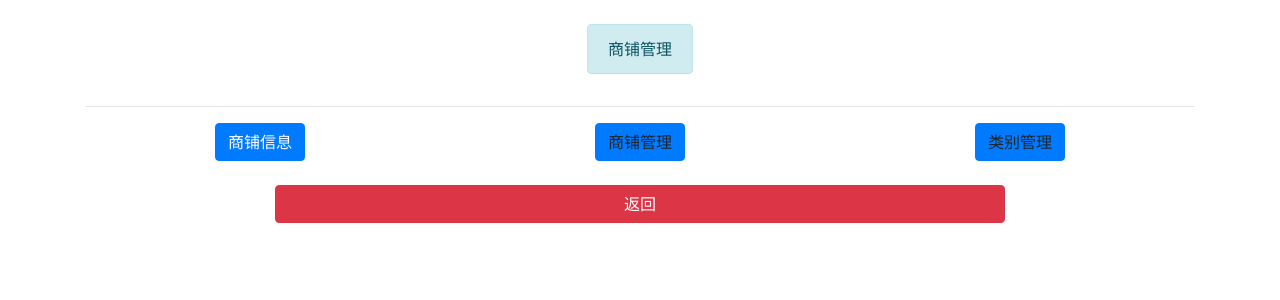
Repository: marveloussj/first_project
Page: o2o/src/main/webapp/WEB-INF/html/shop/shopmanage.html
These files come from the project's save history. The page is drawn as it stood at one moment and after the next save; the edit follows.
The browser window is 1280 px wide. The pictures show the whole page.
The page's requests for data from a server got no answer. Some web libraries are served in a nearby version.

Above is the page before, as saved 2018-03-16 12:45:33.

### o2o/src/main/webapp/WEB-INF/html/shop/shopmanage.html
<!doctype html>
<html lang="en">
<head>
<!-- Required meta tags -->
<meta charset="utf-8">
<meta name="viewport"
	content="width=device-width, initial-scale=1, shrink-to-fit=no">

<!-- Bootstrap CSS -->
<link rel="stylesheet"
	href="https://cdn.bootcss.com/bootstrap/4.0.0/css/bootstrap.min.css"
	integrity="sha384-Gn5384xqQ1aoWXA+058RXPxPg6fy4IWvTNh0E263XmFcJlSAwiGgFAW/dAiS6JXm"
	crossorigin="anonymous">

<title>商铺管理</title>
</head>
<body>

<div class="container">
		<br>
		<div class="row justify-content-center">
			<div class="alert alert-info" >商铺管理</div>
		</div>
		<hr>
		<div class="row justify-content-around">
			<div class="col-xs-">
				<a href="/o2o/shopadmin/shopoperation"  role="button" class="btn btn-primary " id="shopInfo">商铺信息</a>
			</div>
			<div class="col-xs-">
				<a role="button" class="btn btn-primary " id="">商铺管理</a>
			</div>
			<div class="col-xs-">
				<a role="button" class="btn btn-primary " >类别管理</a>
			</div>
		</div>

		<br>

		<div class="row justify-content-around">
			<div class="col-8">
				<a href="/o2o/shopadmin/shoplist" role="button" class="btn btn-danger btn-block"   id="logout">返回</a>
			</div>

		</div>

</div>
	<!-- Optional JavaScript -->
	<!-- jQuery first, then Popper.js, then Bootstrap JS -->
	<script src="http://code.jquery.com/jquery-3.3.1.js" integrity="sha256-2Kok7MbOyxpgUVvAk/HJ2jigOSYS2auK4Pfzbm7uH60=" crossorigin="anonymous"></script>
	<script src="https://cdn.bootcss.com/popper.js/1.12.9/umd/popper.min.js" integrity="sha384-ApNbgh9B+Y1QKtv3Rn7W3mgPxhU9K/ScQsAP7hUibX39j7fakFPskvXusvfa0b4Q" crossorigin="anonymous"></script>
	<script src="https://cdn.bootcss.com/bootstrap/4.0.0/js/bootstrap.min.js" integrity="sha384-JZR6Spejh4U02d8jOt6vLEHfe/JQGiRRSQQxSfFWpi1MquVdAyjUar5+76PVCmYl" crossorigin="anonymous"></script>
	<script type="text/javascript" src="../resources/js/shop/shopmanage.js" charset="utf-8"></script>
	<script type="text/javascript" src="../resources/js/common/common.js" charset="utf-8"></script>
</body>
</html>

### o2o/src/main/webapp/resources/js/shop/shopmanage.js
/**
 *
 */

$(function(){
	var shopId=getQueryString('shopId');
	var shopInfoUrl ="/o2o/shopadmin/getshopmanagementinfo?shopId="+shopId;
	$.getJSON(shopInfoUrl,function(data){
		if(data.redirect){
			window.location.href=data.url;
		}else{
			if(data.shopId!=undefined&&data.shopId!=null){
				shopId=data.shopId;
			}
			$('#shopInfo').attr('href','/o2o/shopadmin/shopoperation?shopId='+shopId);
		}
		});


});

### o2o/src/main/webapp/resources/js/common/common.js
/**
 *
 */
function changeVerifyCode(img){
	img.src="../Kaptcha?"+Math.floor(Math.random()*100);
}
function getQueryString(name){
	var reg=new RegExp("(^|&)"+name+"=([^&]*)(&|$)");
	var r=window.location.search.substr(1).match(reg);
	if(r!=null){
		return decodeURIComponent(r[2]);
	}
	return '';
}

After the next save:
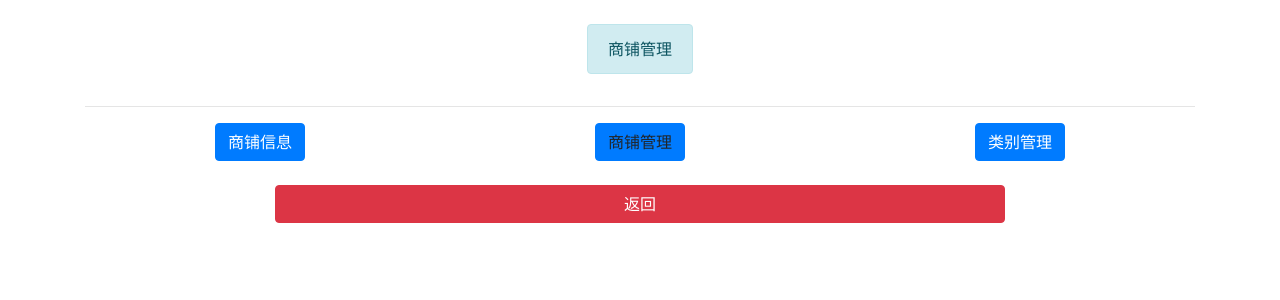
Saved 64 s later.
--- a/o2o/src/main/webapp/WEB-INF/html/shop/shopmanage.html
+++ b/o2o/src/main/webapp/WEB-INF/html/shop/shopmanage.html
@@ -30,7 +30,7 @@
 				<a role="button" class="btn btn-primary " id="">商铺管理</a>
 			</div>
 			<div class="col-xs-">
-				<a role="button" class="btn btn-primary " >类别管理</a>
+				<a role="button" class="btn btn-primary " href="">类别管理</a>
 			</div>
 		</div>
 
